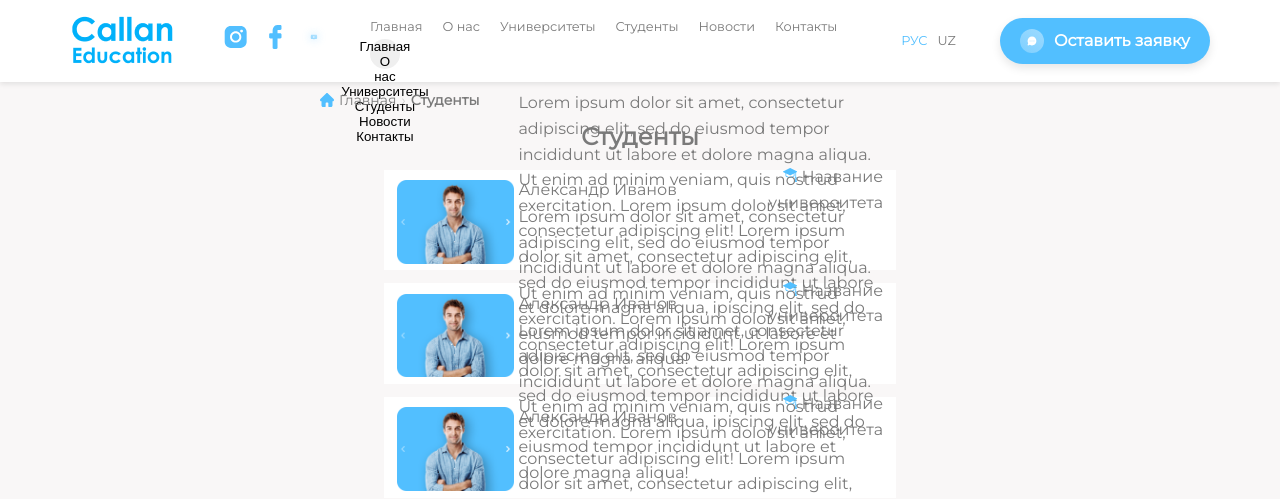
Repository: olyakorzh/Team-project-1
Page: assets/pages/students.html
An editor plug-in stored every save of this project. The page is shown before and after the next save, followed by the edit.
The browser window is 1280 px wide. The pictures show the part of the page from y = 0 to 499 px (the page is 1954 px tall).
Pictures or frames that could not be fetched are drawn as grey boxes. A picture or video elsewhere on the page could not be fetched, so the positions and the page height are approximate.

Above is the page before, as saved 2024-12-08 17:29:23.

After the next save:
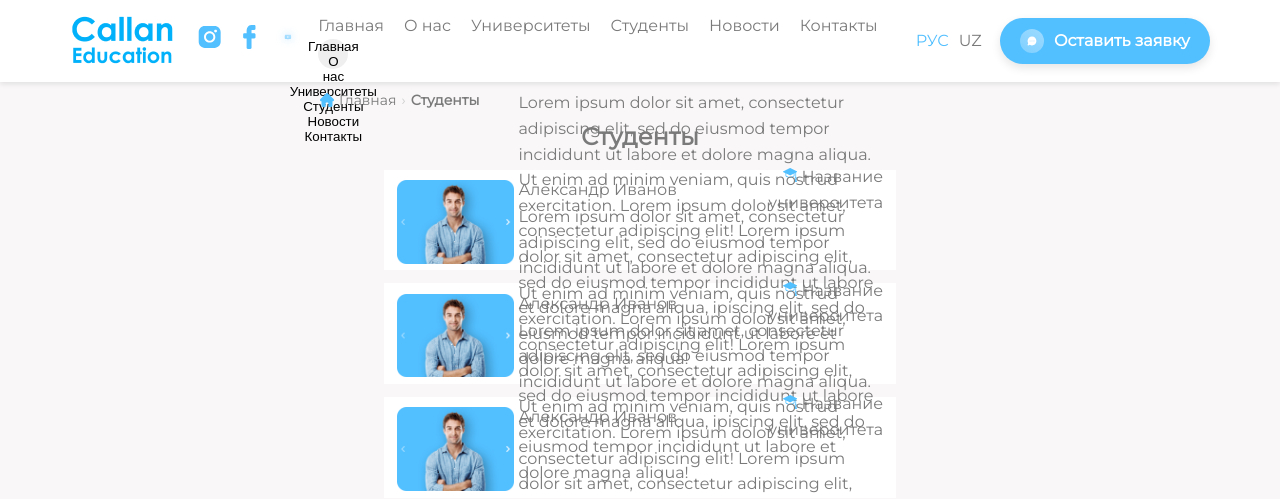
Saved 14 s later.
--- a/assets/styles/students.css
+++ b/assets/styles/students.css
@@ -719,17 +719,6 @@
 }
 
 
-@media screen and (max-width: 2180px) {
-  .menu__link {
-    font-size: 0.8em;
-  }
-  .header__language-item {
-    font-size: 0.8em;
-  }
-  .header__language {
-    margin-left: 20px;
-  }
-
 
 
 
